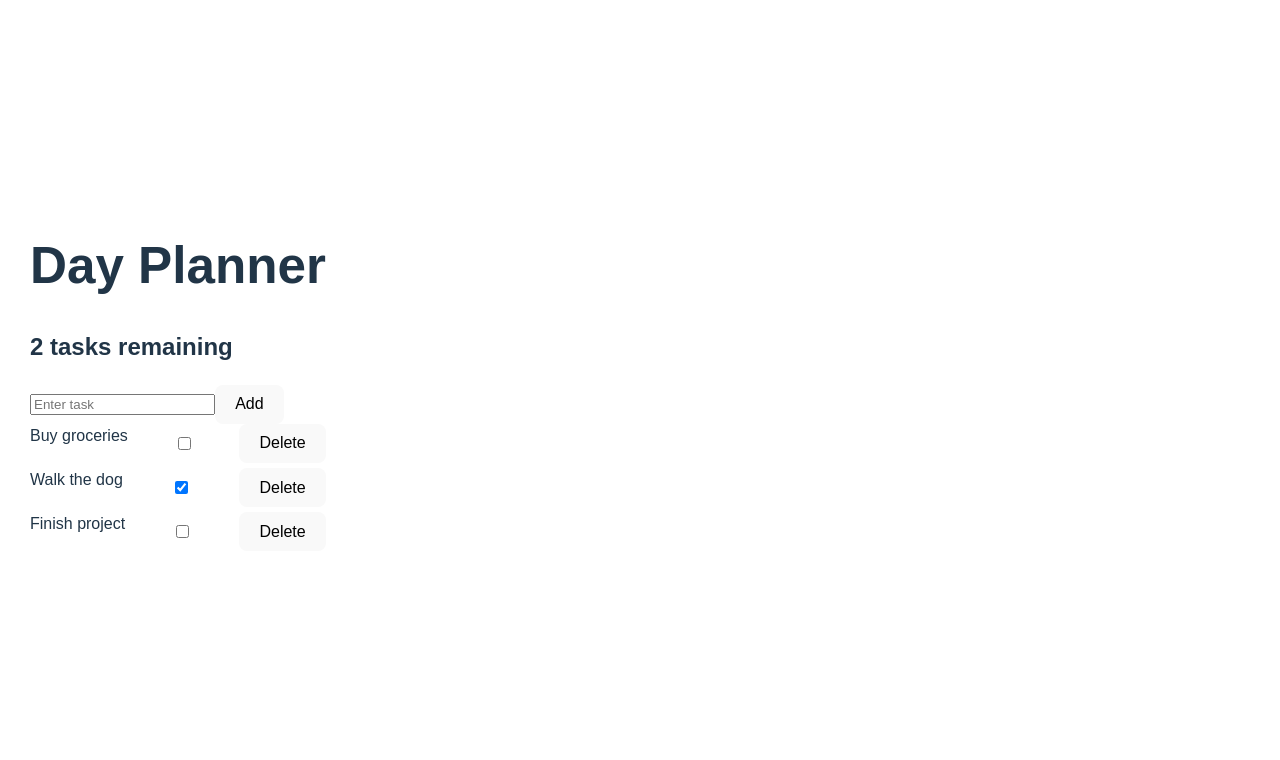
Repository: GavinPahal/lab5
Page: /
These files come from the project's save history. The page is drawn as it stood at one moment and after the next save; the edit follows.
The browser window is 1280 px wide. The pictures show the whole page.
The project was rebuilt for these pictures with package versions that can differ from the ones it lists, and the page was loaded fresh each time. Also part of the build but not shown: vite.config.js.

Above is the page before, as saved 2024-10-11 17:25:36.

### src/App.jsx
// src/App.jsx
import React, { useState } from 'react';
import Header from '../components/Header';
import TaskForm from '../components/TaskForm';
import TaskList from '../components/TaskList';
import './App.css';

function App() {
  // Initial state with predefined tasks
  const [tasks, setTasks] = useState([
    { id: 1, name: "Buy groceries", isCompleted: false },
    { id: 2, name: "Walk the dog", isCompleted: true },
    { id: 3, name: "Finish project", isCompleted: false },
  ]);

  // Add a new task
  const addTask = (name) => {
    setTasks([...tasks, { id: Date.now(), name, isCompleted: false }]);
  };

  // Toggle task completion
  const toggleComplete = (id) => {
    setTasks(
      tasks.map((task) =>
        task.id === id ? { ...task, isCompleted: !task.isCompleted } : task
      )
    );
  };

  // Remove a task
  const deleteTask = (id) => {
    setTasks(tasks.filter((task) => task.id !== id));
  };

  // Count of pending tasks
  const pendingTasksCount = tasks.filter((task) => !task.isCompleted).length;

  return (
    <div className="app">
      <Header pendingTasksCount={pendingTasksCount} />
      <TaskForm addTask={addTask} />
      <TaskList
        tasks={tasks}
        toggleComplete={toggleComplete}
        deleteTask={deleteTask}
      />
    </div>
  );
}

export default App;

### components/Header.jsx
// components/Header.jsx
import React from 'react';

function Header({ pendingTasksCount }) {
  return (
    <header>
      <h1>Day Planner</h1>
      <h2>{pendingTasksCount} tasks remaining</h2>
    </header>
  );
}

export default Header;

### components/TaskForm.jsx
// components/TaskForm.jsx
import React, { useState } from 'react';

function TaskForm({ addTask }) {
  const [taskName, setTaskName] = useState('');

  const handleSubmit = (e) => {
    e.preventDefault();
    if (taskName.trim()) {
      addTask(taskName);
      setTaskName('');
    }
  };

  return (
    <form onSubmit={handleSubmit}>
      <input
        type="text"
        value={taskName}
        onChange={(e) => setTaskName(e.target.value)}
        placeholder="Enter task"
      />
      <button type="submit">Add</button>
    </form>
  );
}

export default TaskForm;

### components/TaskList.jsx
// components/TaskList.jsx
import React from 'react';
import Task from './Task';

function TaskList({ tasks, toggleComplete, deleteTask }) {
  return (
    <div>
      {tasks.map((task) => (
        <Task
          key={task.id}
          task={task}
          toggleComplete={toggleComplete}
          deleteTask={deleteTask}
        />
      ))}
    </div>
  );
}

export default TaskList;

### src/App.css
/* src/App.css */
body {
  font-family: sans-serif;
  margin: 0;
  padding: 20px;
}

.app {
  background-color: #fff;
  padding: 10px;
  border-radius: 5px;
}

.task {
  display: flex;
  justify-content: space-between;
  margin-bottom: 5px;
}

.completed span {
  text-decoration: line-through;
}

### components/Task.jsx
// components/Task.jsx
import React from 'react';

function Task({ task, toggleComplete, deleteTask }) {
  return (
    <div className="task">
      <span>{task.name}</span>
      <input
        type="checkbox"
        checked={task.isCompleted}
        onChange={() => toggleComplete(task.id)}
      />
      <button onClick={() => deleteTask(task.id)}>Delete</button>
    </div>
  );
}

export default Task;

Loaded but not shown: index.html (common file); src/main.jsx (common file); src/index.css (common file)

After the next save:
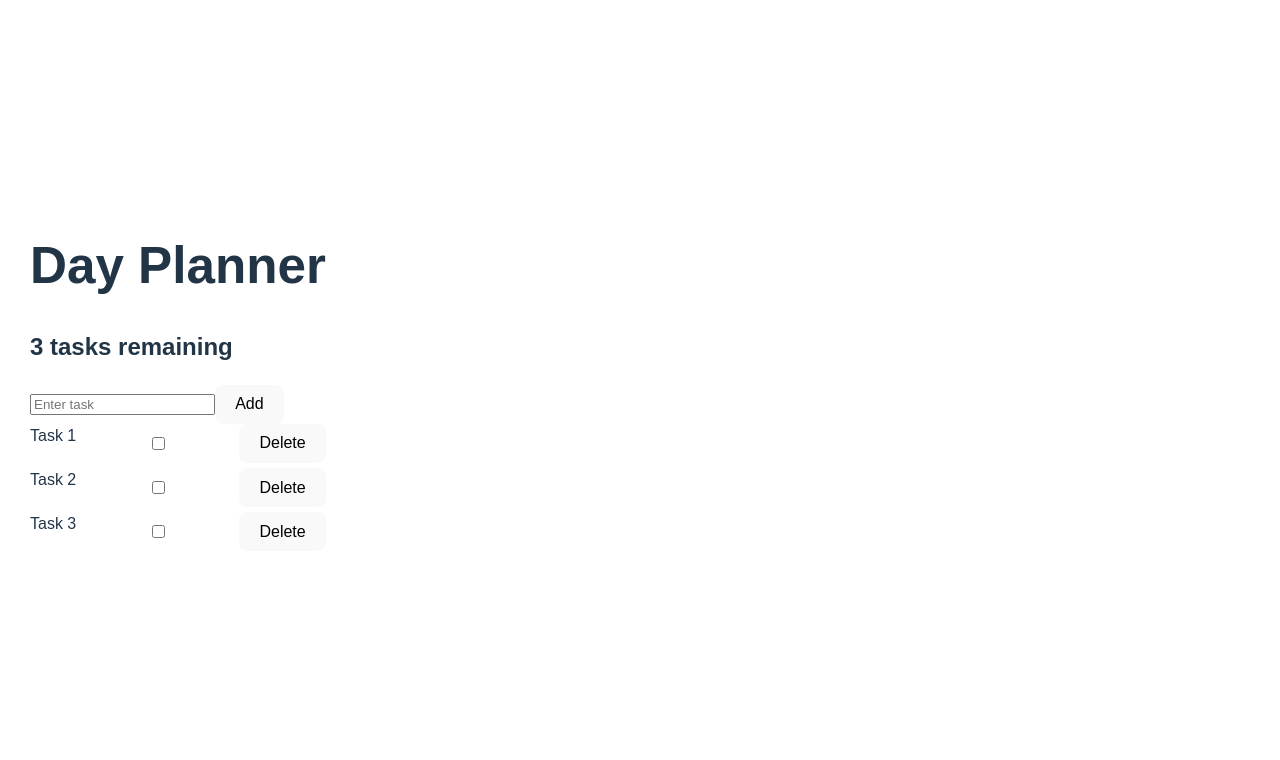
Saved 78 s later.
--- a/src/App.jsx
+++ b/src/App.jsx
@@ -6,11 +6,11 @@ import TaskList from '../components/TaskList';
 import './App.css';
 
 function App() {
-  // Initial state with predefined tasks
+  // Initial state with predefined tasks labeled as Task 1, Task 2, Task 3
   const [tasks, setTasks] = useState([
-    { id: 1, name: "Buy groceries", isCompleted: false },
-    { id: 2, name: "Walk the dog", isCompleted: true },
-    { id: 3, name: "Finish project", isCompleted: false },
+    { id: 1, name: "Task 1", isCompleted: false },
+    { id: 2, name: "Task 2", isCompleted: false },
+    { id: 3, name: "Task 3", isCompleted: false },
   ]);
 
   // Add a new task
